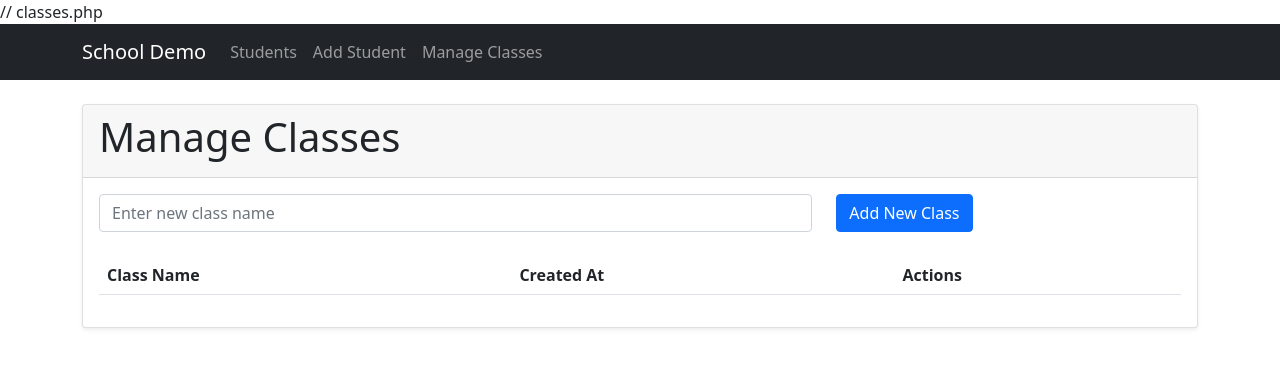
Repository: ASHVAMI/school_demo
Page: http://localhost/classes.php
The author's editor kept a copy of each file at every save. The page is drawn from the files as they stood at one save, then again after the next save.
The browser window is 1280 px wide. The pictures show the whole page.
The page is run by PHP 8.4 with error messages shown; the project is at /var/www/html/. Queries for data that is not in the repository find no rows.

Above is the page before, as saved 2024-11-30 23:35:44.

### classes.php
// classes.php
<?php
require_once 'config/database.php';
require_once 'classes/ClassRoom.php';

$classroom = new ClassRoom($pdo);
$classes = $classroom->getAllClasses();

$errors = [];
$success = '';

// Handle class creation
if ($_SERVER['REQUEST_METHOD'] == 'POST' && isset($_POST['action'])) {
    switch ($_POST['action']) {
        case 'create':
            if (!empty($_POST['name'])) {
                if ($classroom->createClass($_POST['name'])) {
                    $success = "Class created successfully";
                    header("Location: classes.php");
                    exit;
                } else {
                    $errors[] = "Error creating class";
                }
            } else {
                $errors[] = "Class name is required";
            }
            break;

        case 'update':
            if (!empty($_POST['name']) && !empty($_POST['class_id'])) {
                if ($classroom->updateClass($_POST['class_id'], $_POST['name'])) {
                    $success = "Class updated successfully";
                    header("Location: classes.php");
                    exit;
                } else {
                    $errors[] = "Error updating class";
                }
            }
            break;

        case 'delete':
            if (!empty($_POST['class_id'])) {
                if ($classroom->deleteClass($_POST['class_id'])) {
                    $success = "Class deleted successfully";
                    header("Location: classes.php");
                    exit;
                } else {
                    $errors[] = "Error deleting class";
                }
            }
            break;
    }
}

include 'includes/header.php';
?>

<div class="card">
    <div class="card-header">
        <h1>Manage Classes</h1>
    </div>
    <div class="card-body">
        <?php if (!empty($errors)): ?>
            <div class="alert alert-danger">
                <ul class="mb-0">
                    <?php foreach ($errors as $error): ?>
                        <li><?php echo htmlspecialchars($error); ?></li>
                    <?php endforeach; ?>
                </ul>
            </div>
        <?php endif; ?>

        <?php if ($success): ?>
            <div class="alert alert-success">
                <?php echo htmlspecialchars($success); ?>
            </div>
        <?php endif; ?>

        <!-- Add New Class Form -->
        <form method="post" class="mb-4">
            <input type="hidden" name="action" value="create">
            <div class="row">
                <div class="col-md-8">
                    <input type="text"
                           name="name"
                           class="form-control"
                           placeholder="Enter new class name"
                           required>
                </div>
                <div class="col-md-4">
                    <button type="submit" class="btn btn-primary">Add New Class</button>
                </div>
            </div>
        </form>

        <!-- Classes List -->
        <table class="table">
            <thead>
                <tr>
                    <th>Class Name</th>
                    <th>Created At</th>
                    <th>Actions</th>
                </tr>
            </thead>
            <tbody>
                <?php foreach ($classes as $class): ?>
                    <tr>
                        <td><?php echo htmlspecialchars($class['name']); ?></td>
                        <td><?php echo date('F j, Y', strtotime($class['created_at'])); ?></td>
                        <td>
                            <button type="button"
                                    class="btn btn-sm btn-warning"
                                    data-bs-toggle="modal"
                                    data-bs-target="#editModal<?php echo $class['class_id']; ?>">
                                Edit
                            </button>
                            <form method="post" class="d-inline">
                                <input type="hidden" name="action" value="delete">
                                <input type="hidden" name="class_id" value="<?php echo $class['class_id']; ?>">
                                <button type="submit"
                                        class="btn btn-sm btn-danger"
                                        onclick="return confirm('Are you sure? This will delete all students in this class!')">
                                    Delete
                                </button>
                            </form>
                        </td>
                    </tr>

                    <!-- Edit Modal for each class -->
                    <div class="modal fade" id="editModal<?php echo $class['class_id']; ?>" tabindex="-1">
                        <div class="modal-dialog">
                            <div class="modal-content">
                                <form method="post">
                                    <input type="hidden" name="action" value="update">
                                    <input type="hidden" name="class_id" value="<?php echo $class['class_id']; ?>">

                                    <div class="modal-header">
                                        <h5 class="modal-title">Edit Class</h5>
                                        <button type="button" class="btn-close" data-bs-dismiss="modal"></button>
                                    </div>
                                    <div class="modal-body">
                                        <div class="mb-3">
                                            <label for="name<?php echo $class['class_id']; ?>" class="form-label">
                                                Class Name
                                            </label>
                                            <input type="text"
                                                   class="form-control"
                                                   id="name<?php echo $class['class_id']; ?>"
                                                   name="name"
                                                   value="<?php echo htmlspecialchars($class['name']); ?>"
                                                   required>
                                        </div>
                                    </div>
                                    <div class="modal-footer">
                                        <button type="button" class="btn btn-secondary" data-bs-dismiss="modal">
                                            Close
                                        </button>
                                        <button type="submit" class="btn btn-primary">Save Changes</button>
                                    </div>
                                </form>
                            </div>
                        </div>
                    </div>
                <?php endforeach; ?>
            </tbody>
        </table>
    </div>
</div>

<?php include 'includes/footer.php'; ?>

### config/database.php

<?php
class Database {
    private $host = "localhost";
    private $db_name = "school_db";
    private $username = "root";
    private $password = "";
    private $conn;

    public function getConnection() {
        $this->conn = null;

        try {
            $this->conn = new PDO(
                "mysql:host=" . $this->host . ";dbname=" . $this->db_name,
                $this->username,
                $this->password
            );
            $this->conn->setAttribute(PDO::ATTR_ERRMODE, PDO::ERRMODE_EXCEPTION);
            $this->conn->setAttribute(PDO::ATTR_DEFAULT_FETCH_MODE, PDO::FETCH_ASSOC);
        } catch(PDOException $e) {
            echo "Connection Error: " . $e->getMessage();
        }

        return $this->conn;
    }
}

$database = new Database();
$pdo = $database->getConnection();
?>

### classes/ClassRoom.php

<?php
class ClassRoom {
    private $conn;
    private $table_name = "classes";

    public function __construct($db) {
        $this->conn = $db;
    }

    public function getAllClasses() {
        $query = "SELECT * FROM " . $this->table_name . " ORDER BY name ASC";
        $stmt = $this->conn->prepare($query);
        $stmt->execute();
        return $stmt->fetchAll();
    }

    public function getClass($id) {
        $query = "SELECT * FROM " . $this->table_name . " WHERE class_id = :id";
        $stmt = $this->conn->prepare($query);
        $stmt->bindParam(":id", $id);
        $stmt->execute();
        return $stmt->fetch();
    }

    public function createClass($name) {
        $query = "INSERT INTO " . $this->table_name . " (name) VALUES (:name)";
        $stmt = $this->conn->prepare($query);
        $stmt->bindParam(":name", $name);
        return $stmt->execute();
    }

    public function updateClass($id, $name) {
        $query = "UPDATE " . $this->table_name . " SET name = :name WHERE class_id = :id";
        $stmt = $this->conn->prepare($query);
        $stmt->bindParam(":name", $name);
        $stmt->bindParam(":id", $id);
        return $stmt->execute();
    }

    public function deleteClass($id) {
        $query = "DELETE FROM " . $this->table_name . " WHERE class_id = :id";
        $stmt = $this->conn->prepare($query);
        $stmt->bindParam(":id", $id);
        return $stmt->execute();
    }
}
?>

### includes/header.php

<!DOCTYPE html>
<html lang="en">
<head>
    <meta charset="UTF-8">
    <meta name="viewport" content="width=device-width, initial-scale=1.0">
    <title>School Management System</title>
    <link href="https://cdn.jsdelivr.net/npm/bootstrap@5.1.3/dist/css/bootstrap.min.css" rel="stylesheet">
    <link href="assets/css/style.css" rel="stylesheet">
</head>
<body>
    <nav class="navbar navbar-expand-lg navbar-dark bg-dark mb-4">
        <div class="container">
            <a class="navbar-brand" href="index.php">School Demo</a>
            <button class="navbar-toggler" type="button" data-bs-toggle="collapse" data-bs-target="#navbarNav">
                <span class="navbar-toggler-icon"></span>
            </button>
            <div class="collapse navbar-collapse" id="navbarNav">
                <ul class="navbar-nav">
                    <li class="nav-item">
                        <a class="nav-link" href="index.php">Students</a>
                    </li>
                    <li class="nav-item">
                        <a class="nav-link" href="create.php">Add Student</a>
                    </li>
                    <li class="nav-item">
                        <a class="nav-link" href="classes.php">Manage Classes</a>
                    </li>
                </ul>
            </div>
        </div>
    </nav>
    <div class="container">

### includes/footer.php

    </div>
    <script src="https://cdn.jsdelivr.net/npm/bootstrap@5.1.3/dist/js/bootstrap.bundle.min.js"></script>
    <script src="assets/js/main.js"></script>
</body>
</html>

### assets/css/style.css

.student-image {
    max-width: 150px;
    height: auto;
}

.image-preview {
    max-width: 200px;
    margin-top: 10px;
    display: none;
}

.table-responsive {
    margin-bottom: 1rem;
}

.form-group {
    margin-bottom: 1rem;
}

.alert {
    margin-bottom: 1rem;
}

.card {
    margin-bottom: 2rem;
    box-shadow: 0 0.125rem 0.25rem rgba(0, 0, 0, 0.075);
}

.btn-group-sm > .btn, .btn-sm {
    padding: 0.25rem 0.5rem;
    font-size: 0.875rem;
    border-radius: 0.2rem;
}

.navbar {
    margin-bottom: 2rem;
}

.invalid-feedback {
    display: none;
    width: 100%;
    margin-top: 0.25rem;
    font-size: 80%;
    color: #dc3545;
}

.was-validated .form-control:invalid ~ .invalid-feedback {
    display: block;
}

### assets/js/main.js

document.addEventListener('DOMContentLoaded', function() {
    // Preview image before upload
    const imageInput = document.querySelector('input[type="file"]');
    const imagePreview = document.querySelector('.image-preview');

    if (imageInput && imagePreview) {
        imageInput.addEventListener('change', function() {
            const file = this.files[0];
            if (file) {
                const reader = new FileReader();
                reader.onload = function(e) {
                    imagePreview.src = e.target.result;
                    imagePreview.style.display = 'block';
                }
                reader.readAsDataURL(file);
            }
        });
    }

    // Form validation
    const forms = document.querySelectorAll('.needs-validation');
    forms.forEach(form => {
        form.addEventListener('submit', function(event) {
            if (!form.checkValidity()) {
                event.preventDefault();
                event.stopPropagation();
            }
            form.classList.add('was-validated');
        });
    });
});

After the next save:
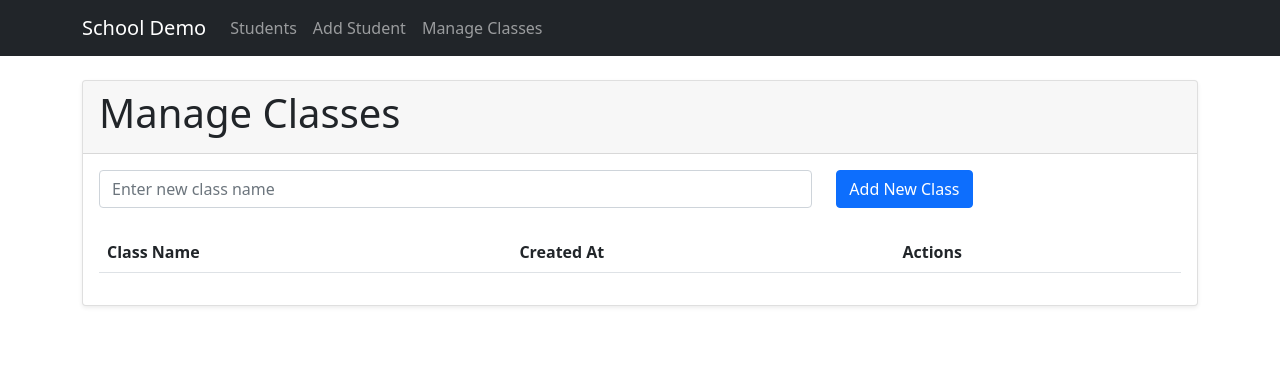
Saved 11 s later.
--- a/classes.php
+++ b/classes.php
@@ -1,4 +1,4 @@
-// classes.php
+
 <?php
 require_once 'config/database.php';
 require_once 'classes/ClassRoom.php';
